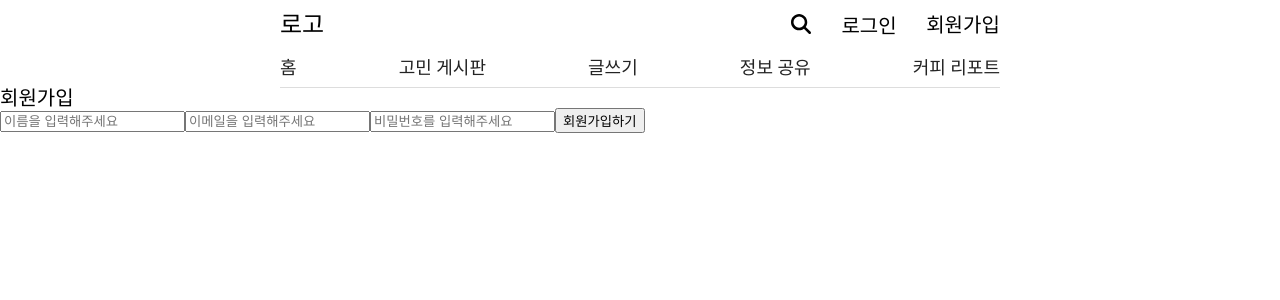
Repository: zlazlazla35/coffee
Page: /join
The author's editor kept a copy of each file at every save. The page is drawn from the files as they stood at one save, then again after the next save.
The browser window is 1280 px wide. The pictures show the whole page.
The page's requests for data from a server got no answer. Some web fonts or font styles are not loaded; a fallback is used. The project was rebuilt for these pictures with package versions that can differ from the ones it lists, and the page was loaded fresh each time. The framework's server and built-in components were replaced by stand-ins that run in the browser. No one was signed in, and anything a server would have sent is missing. Also part of the build but not shown: next.config.mjs, src/app/LogOutButton.js.

Above is the page before, as saved 2025-01-20 17:05:13.

### src/app/layout.js
import { Geist, Geist_Mono } from "next/font/google";
import "./globals.css";
import Link from "next/link";
import { FontAwesomeIcon } from '@fortawesome/react-fontawesome'
import { faMagnifyingGlass, faUser } from '@fortawesome/free-solid-svg-icons'
import NavMenu from "./component/NavMenu";
import LoginButton from "./LoginButton";
import { getServerSession } from "next-auth";
import { authOptions } from "../../pages/api/auth/[...nextauth]";
import LogOutButton from "./LogOutButton";

const geistSans = Geist({
  variable: "--font-geist-sans",
  subsets: ["latin"],
});

const geistMono = Geist_Mono({
  variable: "--font-geist-mono",
  subsets: ["latin"],
});

export const metadata = {
  title: "Create Next App",
  description: "Generated by create next app",
};




export default async function RootLayout({ children }) {


const loginData = await getServerSession(authOptions);


  return (
    <html lang="en">
      <body className={`${geistSans.variable} ${geistMono.variable}`}>
        <div className="nav_bar">
          <div className="nav_bar_top">
            <Link className="logo" href={'/'}>로고</Link>
            <div className="userBox">
              <button>
                <FontAwesomeIcon icon={faMagnifyingGlass} />
              </button>
                {
                  loginData == null ? <LoginButton/> : <LogOutButton/>
                }
                {
                  loginData == null ? <Link href={'/join'}>회원가입</Link> : null
                }
            </div>
          </div>
          <div className="nav_bar_bottom">
            <NavMenu></NavMenu>
          </div>
        </div>
        {children}
      </body>
    </html>
  );
}

### src/app/join/page.js
'use client'

import { useState } from "react"

export default function join() {
    let [userName, setUserName] = useState('');
    let [userEmail, setUserEmail] = useState('');
    let [userPaw, setUserPaw] = useState('');

    return (
        <div className="join">
            <h2 className="title">회원가입</h2>
            <input name="name" placeholder="이름을 입력해주세요" onChange={(e)=>{
                setUserName(e.target.value);
            }}/>
            <input name="email" placeholder="이메일을 입력해주세요" onChange={(e)=>{
                setUserEmail(e.target.value)
            }}/>
            <input type="password" name="p  assword" placeholder="비밀번호를 입력해주세요" onChange={(e)=>{
                setUserPaw(e.target.value)
            }}/>
            <button type="submit" onClick={() =>
                fetch('/api/auth/join', {
                    method : 'POST',
                    body: JSON.stringify({name : userName, email : userEmail, password : userPaw})
                }).then((res)=>{
                    return res.json()
                }).then((result)=>{
                    alert(result)
                })
            }>회원가입하기</button>
        </div>
    )
}

### src/app/globals.css
@font-face {
    font-family: 'Ownglyph_StudyHard-Rg';
    src: url('https://fastly.jsdelivr.net/gh/projectnoonnu/2411-3@1.0/Ownglyph_StudyHard-Rg.woff2') format('woff2');
    font-weight: normal;
    font-style: normal;
}
@import url(https://cdn.jsdelivr.net/gh/moonspam/NanumSquare@1.0/nanumsquare.css);
/* /styles/reset.css */
body {font-family: 'Ownglyph_StudyHard-Rg' !important;}
html, body, div, span, applet, object, iframe,
h1, h2, h3, h4, h5, h6, p, blockquote, pre,
a, abbr, acronym, address, big, cite, code,
del, dfn, em, img, ins, kbd, q, s, samp,
small, strike, strong, sub, sup, tt, var,
b, u, i, center,
dl, dt, dd, ol, ul, li,
fieldset, form, label, legend,
table, caption, tbody, tfoot, thead, tr, th, td,
article, aside, canvas, details, embed,
figure, figcaption, footer, header, hgroup,
menu, nav, output, ruby, section, summary,
time, mark, audio, video {
	margin: 0;
	padding: 0;
	border: 0;
	font-size: 100%;
	font: inherit;
	vertical-align: baseline;
}
/* HTML5 display-role reset for older browsers */
article, aside, details, figcaption, figure,
footer, header, hgroup, menu, nav, section {
	display: block;
}
body {
	line-height: 1;
}
ol, ul {
	list-style: none;
}
blockquote, q {
	quotes: none;
}
blockquote:before, blockquote:after,
q:before, q:after {
	content: '';
	content: none;
}
table {
	border-collapse: collapse;
	border-spacing: 0;
}
input:focus {outline: none;}
a {text-decoration: none; color: inherit;}

input {font-family: 'NanumSquare', sans-serif !important;}
textarea {font-family: 'NanumSquare', sans-serif !important; outline: none !important; resize: none !important;}
select {font-family: 'NanumSquare', sans-serif !important; outline: none !important;}

.nav_bar {width: 100%; max-width: 720px; margin: 0 auto;}
.nav_bar .nav_bar_top {width: 100%; display: flex; align-items: center; justify-content: space-between; box-sizing: border-box; padding: 10px 0; }
.nav_bar .nav_bar_top .logo {font-size: 24px; }
.nav_bar .nav_bar_top .userBox {display: flex; align-items: center; width: 50%; justify-content: flex-end;}
.nav_bar .nav_bar_top .userBox a {width: 100%;  max-width: 74px; font-size: 20px; text-align: center;}
.nav_bar .nav_bar_top .userBox .userLogin{font-size: 18px; margin-right: 10px;}
.nav_bar .nav_bar_top .userBox button {width: 100%; max-width: 22px; display: block; background: none; border: none; padding: 0;}
.nav_bar .nav_bar_top .userBox button {margin-right: 20px;}
.nav_bar .nav_bar_top .userBox button svg {font-size: 20px;}
.nav_bar .nav_bar_top .userBox button:last-child {margin-right: 0;}
.nav_bar .nav_bar_top .userBox button.loginBtn {width: 100%;  max-width: 74px; font-size: 20px; font-family: 'Ownglyph_StudyHard-Rg' !important;}
.nav_bar .nav_bar_bottom {width: 100%; }
.nav_bar .nav_bar_bottom .nav_list {display: flex; align-items: center; justify-content: space-between; box-sizing: border-box; padding: 10px 0; border-bottom: 1px solid #ddd;}
.nav_bar .nav_bar_bottom .nav_list li { font-size: 18px; color: #232323; }
.nav_bar .nav_bar_bottom .nav_list li a.active {color: #8b6d4e; }


.liset_page {width: 100%; max-width: 720px; margin: 0 auto;}
.liset_page .top_border {width: 100%; max-width: 650px; border: 2px solid #8b6d4e; border-radius: 12px; display: flex; align-items: center; justify-content: center; font-size: 16px; box-sizing: border-box; padding: 4px; margin: 20px auto 30px;}
.liset_page .tag {width: 100%;}
.liset_page .tag .tag_list {width: 100%; display: flex; align-items: center; white-space: nowrap; overflow-x: scroll;}
.liset_page .tag .tag_list::-webkit-scrollbar {height: 8px;}
.liset_page .tag .tag_list::-webkit-scrollbar-thumb {background: #a89f96; border-radius: 10px; }
.liset_page .tag .tag_list::-webkit-scrollbar-track {background: rgba(123, 87, 8, 0.1); }
.liset_page .tag .tag_list li {background: #ddd; font-size: 16px; box-sizing: border-box; padding: 4px 8px; border-radius: 12px; margin-right: 10px; cursor: pointer;}
.liset_page .tag .tag_list li:last-child {margin-right: 0;}
.liset_page .tag .tag_list li.on {background: #8b6d4e; color: #fff;}
.liset_page .filterBox {width: 100%; display: flex; align-items: center; justify-content: space-between;}
.liset_page .filterBox .filterSelectBox {display: flex; position: relative; border: 1px solid #8f8f8f; border-radius: 10px; width: 100%; max-width: 69px; height: 28px; align-items: center; justify-content: center; margin: 20px 0; cursor: pointer;}
.liset_page .filterBox .filterSelectBox .title {font-size: 16px; color: #8f8f8f;}
.liset_page .filterBox .filterSelectBox .title svg {font-size: 14px; margin-left: 4px;}
.liset_page .filterBox .filterSelectBox .filterSelect {position: absolute; left: 50%; top: 34px; width: 100%; transform: translateX(-50%); border-radius: 8px; overflow: hidden; background: #fff; z-index: 999;}
.liset_page .filterBox .filterSelectBox .filterSelect {width: 100%; box-shadow: 2px 2px 12px rgba(0, 0, 0, 0.2);}
.liset_page .filterBox .filterSelectBox .filterSelect li {width: 100%; text-align: center; box-sizing: border-box; padding: 6px 0; border-bottom: 1px solid #ddd; font-size: 16px; color: #8f8f8f;}
.liset_page .filterBox .tag_reset{display: inline-block; box-sizing: border-box; padding: 4px; border: 1px solid #8f8f8f; background: none; color: #8f8f8f; font-size: 14px; border-radius: 10px;}


.liset_page .list_card {width: 100%; box-sizing: border-box; padding: 10px; border: 1px solid #232323; border-radius: 12px; margin-bottom: 40px; cursor: pointer;}
.liset_page .list_card .list_card_top {width: 100%; display: flex; align-items: center; justify-content: space-between; margin-bottom: 20px;}
.liset_page .list_card .list_card_top .title {display: inline-block; box-sizing: border-box; padding: 6px 16px; font-size: 14px; background: #8b6d4e; color: #fff; border-radius: 4px;}
.liset_page .list_card .list_card_top .bookIcon {display: inline-block;}
.liset_page .list_card .list_card_top .bookIcon svg {font-size: 20px;}
.liset_page .list_card .userText {width: 100%;}
.liset_page .list_card .userText .userTitle {font-size: 20px; font-weight: 600; margin-bottom: 4px;}
.liset_page .list_card .userText .userId {font-size: 14px; color: #a2a2a2;}
.liset_page .list_card .userText .text {margin-top: 40px; font-size: 18px; white-space:pre-wrap ; text-overflow: ellipsis;    display: -webkit-box; -webkit-line-clamp: 3; -webkit-box-orient: vertical; overflow: hidden;}
.liset_page .list_card .list_card_bottom {width: 100%; display: flex; align-items: center; justify-content: space-between; margin-top: 40px;}
.liset_page .list_card .list_card_bottom .tag {display: flex; align-items: center;}
.liset_page .list_card .list_card_bottom .tag li {font-size: 16px; margin-right: 10px; color: #8b6d4e;}
.liset_page .list_card .list_card_bottom .comment {display: flex; align-items: center; justify-content: flex-end; font-size: 16px; color: #a2a2a2;}
.liset_page .list_card .list_card_bottom .comment  svg {font-size: 20px; margin-right: 4px; color: #8b6d4e;}


.writing {width: 100%; max-width: 720px; margin: 0 auto; text-align: center; overflow: hidden;}
.writing .title {font-size: 24px; margin: 20px 0 40px;}
.writing {width: 100%;}
.writing input {width: 100%; height: 40px; box-sizing: border-box; padding: 10px; font-size: 16px;  border-radius: 8px; border: 1px solid #a2a2a2;}
.writing.modify input {margin-bottom: 10px;}
.writing .bottom_butBox {width: 100%; display: flex; align-items: center; justify-content: space-between; margin-top: 70px;}
.writing button.complete {width: calc(70% - 10px); height: 40px; background: #8b6d4e; color: #fff; font-size: 16px; border: none; border-radius: 8px; }
.writing button.back {width: 30%;  height: 40px; background: #ddd; color: #757575; font-size: 16px; border: none; border-radius: 8px; margin-right: 10px;}
.writing select {width: 100%; height: 40px; box-sizing: border-box; padding: 10px; font-size: 16px; margin: 10px 0; border-radius: 8px; border: 1px solid #a2a2a2;}
.writing textarea {width: 100%; height: 400px; box-sizing: border-box; padding: 10px; font-size: 16px; margin-bottom: 10px; border-radius: 8px; border: 1px solid #a2a2a2;}
.writing .keyWord_box {position: relative; margin-bottom: 10px;}
.writing .keyWord_box .keyWord_btn{position: absolute; right: 10px; top: 50%; transform: translateY(-50%); margin: 0; padding: 4px 8px; background: #8b6d4e; color: #fff; font-size: 14px; border: none; border-radius: 4px;}
.writing .keyWord_tag {width: 100%; float: left; }
.writing .keyWord_tag li { float: left; display: inline-block; border: 1px solid #868380; color: #868380; box-sizing: border-box; padding: 4px 10px; border-radius: 12px; margin-right: 6px; font-size: 14px; margin-bottom: 6px; cursor: pointer;}
.writing .keyWord_tag li:last-child {margin-right: 0;}
.writing .keyWord_tag li svg {font-size: 12px; margin-left: 4px;}



.detail {width: 100%; max-width: 720px; margin: 0 auto; overflow: hidden;}
.detail .detail_inner {width: 100%;}
.detail .detail_inner .backBtn {width: 100%; margin: 40px 0 20px; max-width: 14px;}
.detail .detail_inner .backBtn svg {font-size: 22px;}
.detail .detail_inner .contents {width: 100%;}
.detail .detail_inner .contents .tagList {width: 100%; display: flex; align-items: center; margin: 20px 0;}
.detail .detail_inner .contents .tagList li {margin-right: 10px; font-size: 16px; color: #a2a2a2;}
.detail .detail_inner .contents .tagList li :last-child {margin-right: 0;}
.detail .detail_inner .contents .contents_top {width: 100%; display: flex; align-items: center; justify-content: space-between; margin-bottom: 40px;}
.detail .detail_inner .contents .contents_top .caregory {font-size: 18px; background: #8b6d4e; color: #fff;  box-sizing: border-box; padding: 4px 10px; border-radius: 4px;}
.detail .detail_inner .contents .contents_top svg {width: 100%; max-width: 18px; font-size: 22px;}

.detail .detail_inner .contents .title {font-size: 22px; margin-bottom: 12px;}
.detail .detail_inner .contents .dateBox {width: 100%; display: flex; align-items: center;}
.detail .detail_inner .contents .dateBox .userName { font-size: 16px; color: #a2a2a2; margin-right: 10px;}
.detail .detail_inner .contents .dateBox .date {font-size: 16px; color: #a2a2a2; margin-right: 10px;}
.detail .detail_inner .contents .dateBox .date:last-child {margin-right: 0;}
.detail .detail_inner .contents .contentText {width: 100%;  margin: 60px 0; white-space: pre-wrap; line-height: 1.3;}

.detail .comment {width: 100%;}
.detail .comment .comment_writing {width: 100%; display: flex; align-items: center;}
.detail .comment .comment_writing .commentWriting {width: calc(80% - 10px); height: 74px; margin: 0; box-sizing: border-box; padding: 10px;}
.detail .comment .comment_writing button {width: 20%; margin-left: 10px; background: #8b6d4e; border: none; height: 74px; font-size: 16px; color: #fff; border-radius: 4px;}
.detail .comment .commit_list {width: 100%; margin-top: 60px;}
.detail .comment .commit_list li {width: 100%; box-sizing: border-box; padding: 40px 0; border-bottom: 1px solid #ddd;}
.detail .comment .commit_list li .commit {width: 100%;}
.detail .comment .commit_list li .commit .user_info_box {width: 100%; display: flex; align-items: center; justify-content: space-between;}
.detail .comment .commit_list li .commit .user_info_box .user_info {width: 80%; display: flex; align-items: center;}
.detail .comment .commit_list li .commit .user_info_box .user_info .user_profile {display: inline-block;}
.detail .comment .commit_list li .commit .user_info_box .user_info .user_id {display: inline-block; line-height: 1.3;}
.detail .comment .commit_list li .commit .user_info_box .user_info .user_id .id {font-size: 16px;}
.detail .comment .commit_list li .commit .user_info_box .user_info .user_id .date {display: flex; align-items: center;}
.detail .comment .commit_list li .commit .user_info_box .user_info .user_id .date span {display: inline-block; margin-right: 10px;}
.detail .comment .commit_list li .commit .user_info_box .user_info .user_id .date span:last-child {margin-right: 0;}
.modify_deleteBtn {display: flex; align-items: center; width: 20%; justify-content: flex-end;}
.modify_deleteBtn button {width: 100%; max-width: 70px; height: 30px; border-radius: 4px; font-size: 12px; background: #9e9d9d; border: none; color: #fff;}
.modify_deleteBtn button.delete {background: rgb(142, 4, 4); margin-left: 4px;}
.detail .comment .commit_text {width: 100%; font-size: 16px; margin-top: 20px;}
.detail .detail_inner .contents .btn_box {width: 100%; display: flex; align-items: center; justify-content: flex-end; margin-bottom: 20px; font-family: 'NanumSquare', sans-serif !important;}
.detail .detail_inner .contents .btn_box button{ background: none; border: none; font-size: 14px; color: #a2a2a2; font-weight: 800; font-family: 'NanumSquare', sans-serif !important;}
.detail .detail_inner .contents .btn_box a { background: none; border: none; font-size: 14px; color: #a2a2a2; font-weight: 800;}


.join {width: 100%;}
.join .title {font-size: 20px;}

#dbId {display: none;}

### src/app/component/NavMenu.js
'use client'

import Link from "next/link";
import { usePathname } from "next/navigation";

export default function NavMenu() {
    const pathname = usePathname();

    return (
        <ul className="nav_list">
            <li>
                <Link href={'/'}>홈</Link>
            </li>
            <li>
                <Link className={pathname == '/list'? 'active' : null} href={'/list'}>고민 게시판</Link>
            </li>
            <li>
                <Link className={pathname == '/writing'? 'active' : null} href={'/writing'}>글쓰기</Link>
            </li>
            <li>
                <Link className={pathname == '/share'? 'active' : null} href={'/share'}>정보 공유</Link>
            </li>
            <li>
                <Link className={pathname == '/report'? 'active' : null} href={'/report'}>커피 리포트</Link>
            </li>
        </ul>
    )
}

### src/app/LoginButton.js
"use client";
import { signIn } from "next-auth/react";
import { FontAwesomeIcon } from '@fortawesome/react-fontawesome'
import { faUser } from '@fortawesome/free-solid-svg-icons'


export default function LoginButton() {
    return (
        <button className="loginBtn" onClick={() => { signIn(); }}>
            로그인
        </button>
    )
}

### pages/api/auth/[...nextauth].js

import { connectDB } from "../../../utill/database";
import { MongoDBAdapter } from "@next-auth/mongodb-adapter";
import NextAuth, { getServerSession } from "next-auth";
import GithubProvider from "next-auth/providers/github";
import CredentialsProvider from "next-auth/providers/credentials";
import bcrypt from "bcrypt";






export const authOptions = {


  providers: [
    GithubProvider({
      clientId: 'Ov23liQhKFsCYfEF01pm',
      clientSecret: '1b2a947c09b799f2f4cdc959298391cf7b81e72f',
    }),

    CredentialsProvider({
      //1. 로그인페이지 폼 자동생성해주는 코드
      name: "credentials",
      credentials: {
        email: { label: "email", type: "text" },
        password: { label: "password", type: "password" },
      },

      //2. 로그인요청시 실행되는코드
      async authorize(credentials) {
        let db = (await connectDB).db('coffee');
        let user = await db.collection('user_cred').findOne({ email: credentials.email })
        if (!user) {
          console.log('가입되어있는 이메일이 없습니다.');
          return null
        }
        const pwcheck = await bcrypt.compare(credentials.password, user.password);
        if (!pwcheck) {
          console.log('비밀번호를 확인해주세요.');
          return null
        }
        return user
      }
    })
  ],

  //3. jwt 만료일설정
  session: {
    strategy: 'jwt',
    maxAge: 30 * 24 * 60 * 60 //30일
  },


  callbacks: {
    jwt: async ({ token, user }) => {
      if (user) {
        token.user = {};
        token.user.name = user.name
        token.user.email = user.email
      }
      return token;
    },
    //4. 유저 세션이 조회될 때 마다 실행되는 코드
    session: async ({ session, token }) => {
      session.user = token.user;
      return session;
    }

  },







  adapter: MongoDBAdapter(connectDB),
  secret: process.env.NEXTAUTH_SECRET ,
};
export default NextAuth(authOptions);

### utill/database.js
import { MongoClient } from 'mongodb'
const url = 'mongodb+srv://admin:aabbcc2376@cluster0.m6lqa.mongodb.net/?retryWrites=true&w=majority&appName=Cluster0'
let connectDB

if (process.env.NODE_ENV === 'development') {
    if (!global._mongo) {
        global._mongo = new MongoClient(url).connect()
    }
    connectDB = global._mongo
} else {
    connectDB = new MongoClient(url).connect()
}

export { connectDB }

After the next save:
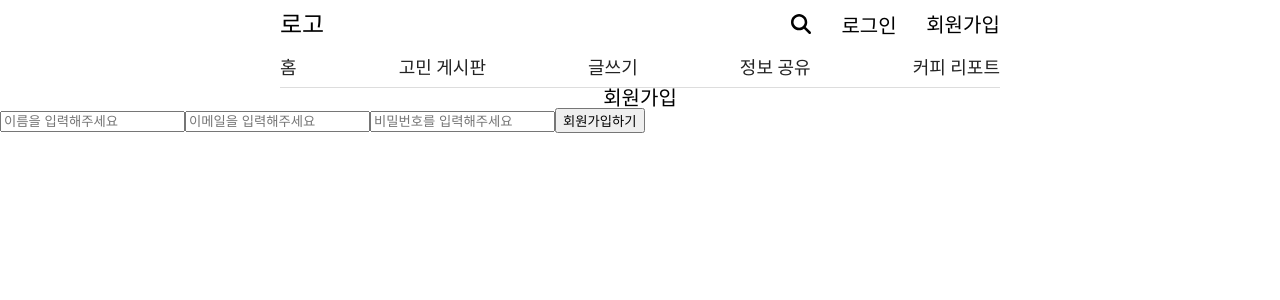
Saved 7 s later.
--- a/src/app/globals.css
+++ b/src/app/globals.css
@@ -173,6 +173,6 @@ select {font-family: 'NanumSquare', sans-serif !important; outline: none !import
 
 
 .join {width: 100%;}
-.join .title {font-size: 20px;}
+.join .title {font-size: 20px; width: 100%; text-align: center;}
 
 #dbId {display: none;}
